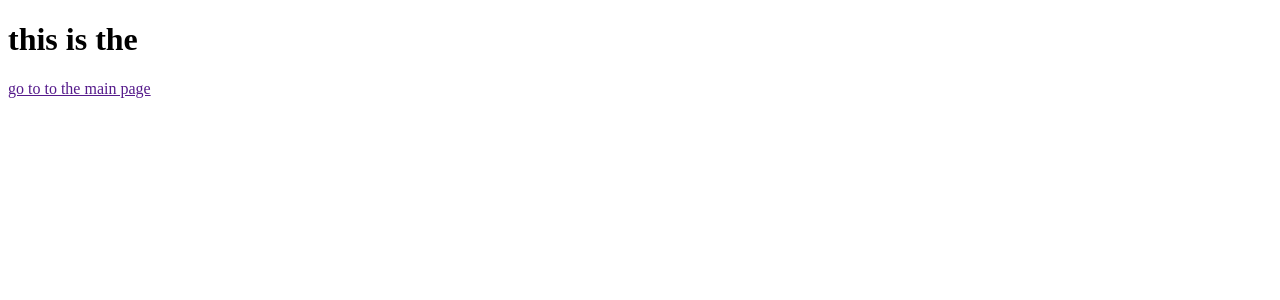
Repository: sailorgeneralmin/fashionblog
Page: about.html
An editor plug-in stored every save of this project. The page is shown before and after the next save, followed by the edit.
The browser window is 1280 px wide. The pictures show the whole page.

Above is the page before, as saved 2024-10-15 18:29:16.

After the next save:
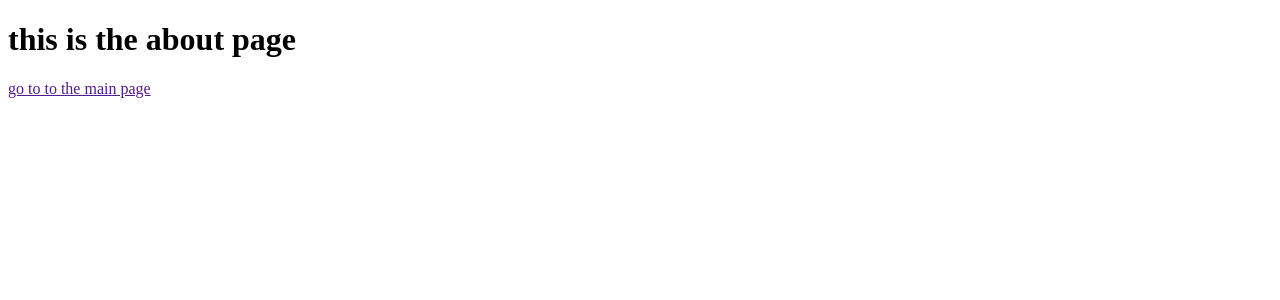
Saved 4 s later.
--- a/about.html
+++ b/about.html
@@ -17,7 +17,7 @@
 
     </style>
     <body>
-        <h1>this is the </h1>
+        <h1>this is the about page</h1>
         <p></p>
 
     </body>
